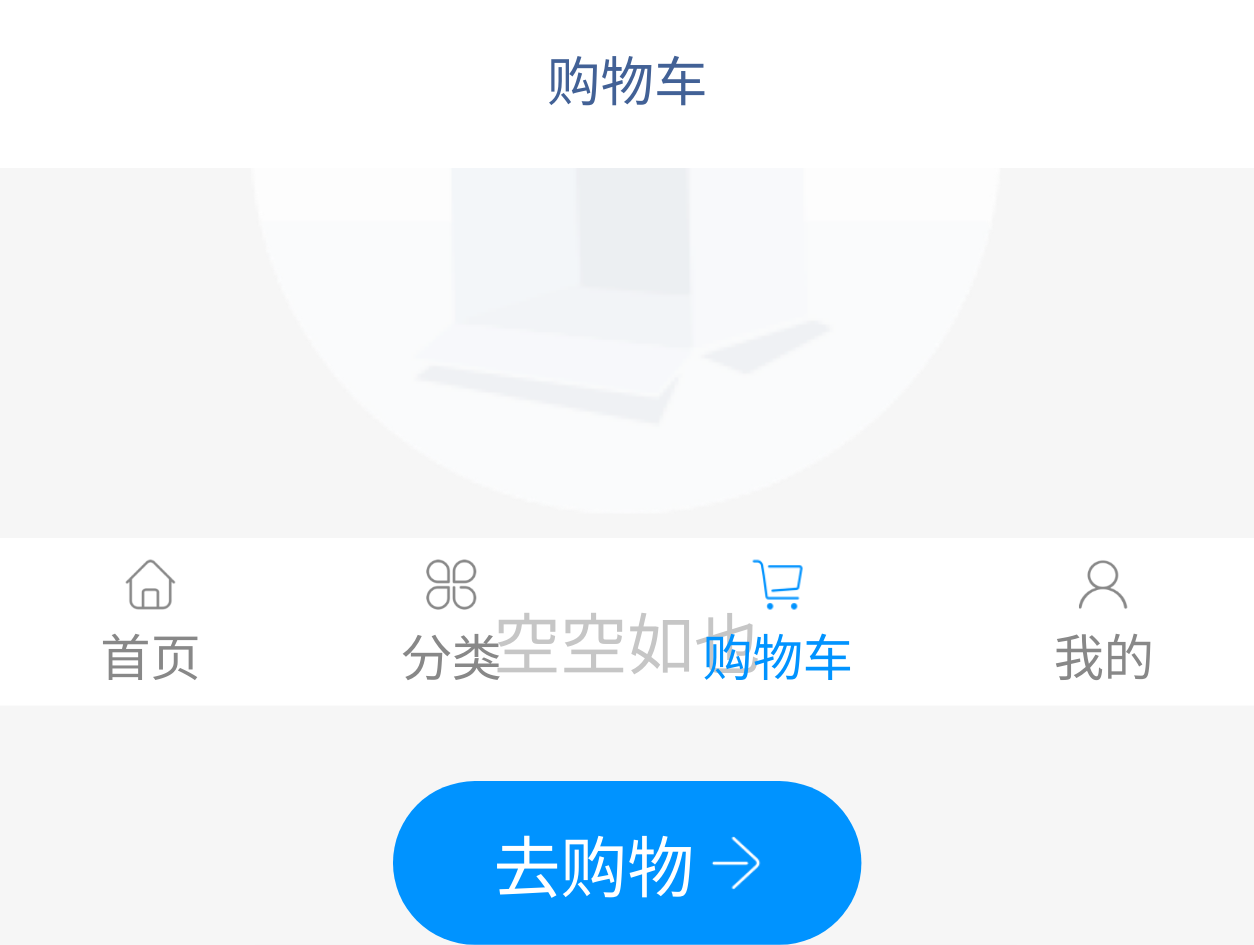
Repository: 421538074/sell
Page: consumer/shop-cart.html
These files come from the project's save history. The page is drawn as it stood at one moment and after the next save; the edit follows.
The browser window is 1280 px wide. The pictures show the whole page, at 98% of full size.

Above is the page before, as saved 2019-06-04 11:08:15.

After the next save:
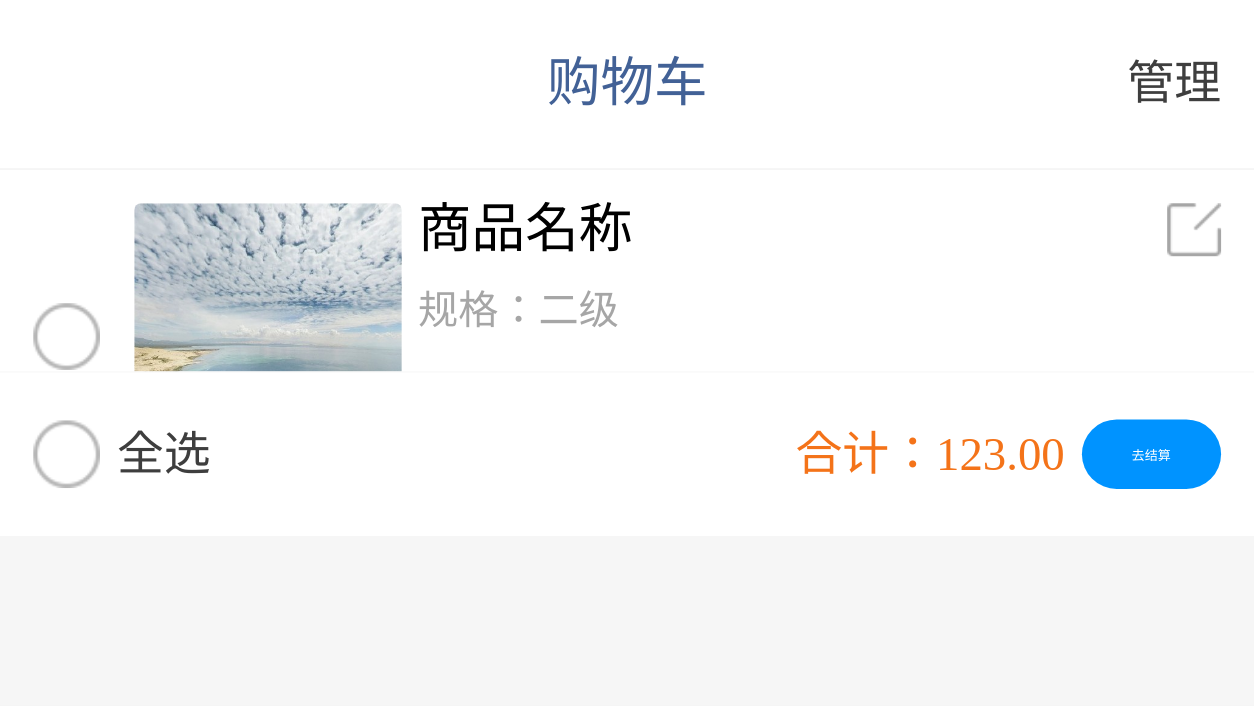
Saved 47 s later.
--- a/consumer/js/shop-cart.js
+++ b/consumer/js/shop-cart.js
@@ -3,7 +3,7 @@ new Vue({
     data() {
         return {
             //总列表
-            selectList: [],
+            selectList: [1],
             // 选中的列表
             selectedList: [],
             // 是否全选
